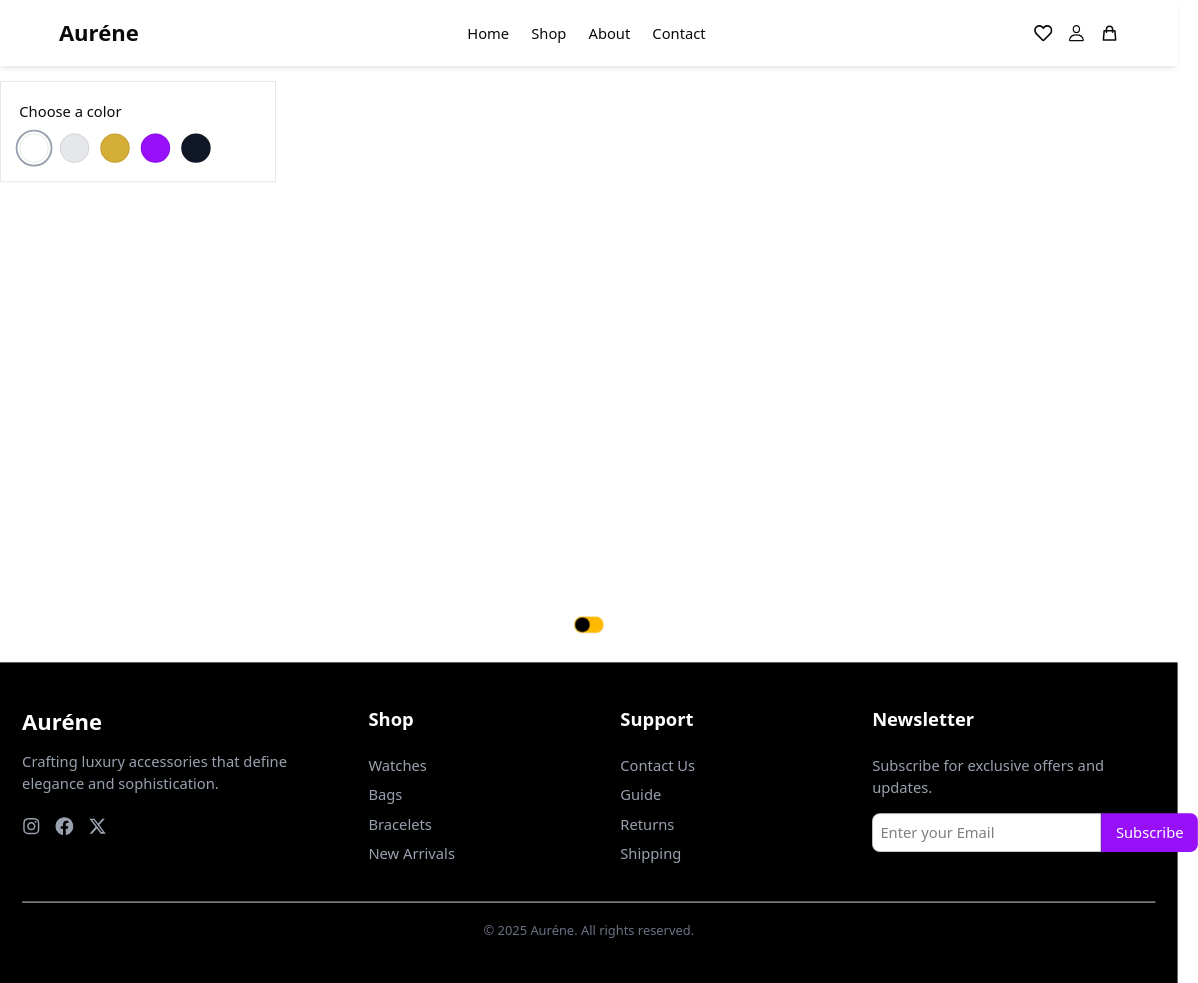
Repository: oehab30/Aur-ne-e-commerce-
Page: /Wishlist
An editor plug-in stored every save of this project. The page is shown before and after a run of saves, followed by the edit.
The browser window is 1280 px wide. The page is 1302 px wide, so the pictures cover 1302 px, including what lies to the right of the window. The pictures show the whole page, at 92% of full size.
The project was rebuilt for these pictures with package versions that can differ from the ones it lists, and the page was loaded fresh each time. Also part of the build but not shown: src/components/home-page/Hero.tsx, src/components/home-page/Hotoffers.tsx, src/components/home-page/Dontmiss.tsx, src/components/home-page/Featuredcollection.tsx, src/components/home-page/BestSellers.tsx, src/components/home-page/Summercollection.tsx, src/pages/Home.tsx, src/components/common/Categories.tsx and 7 more.

Above is the page before, as saved 2025-11-26 18:56:54.

After the next 4 saves:
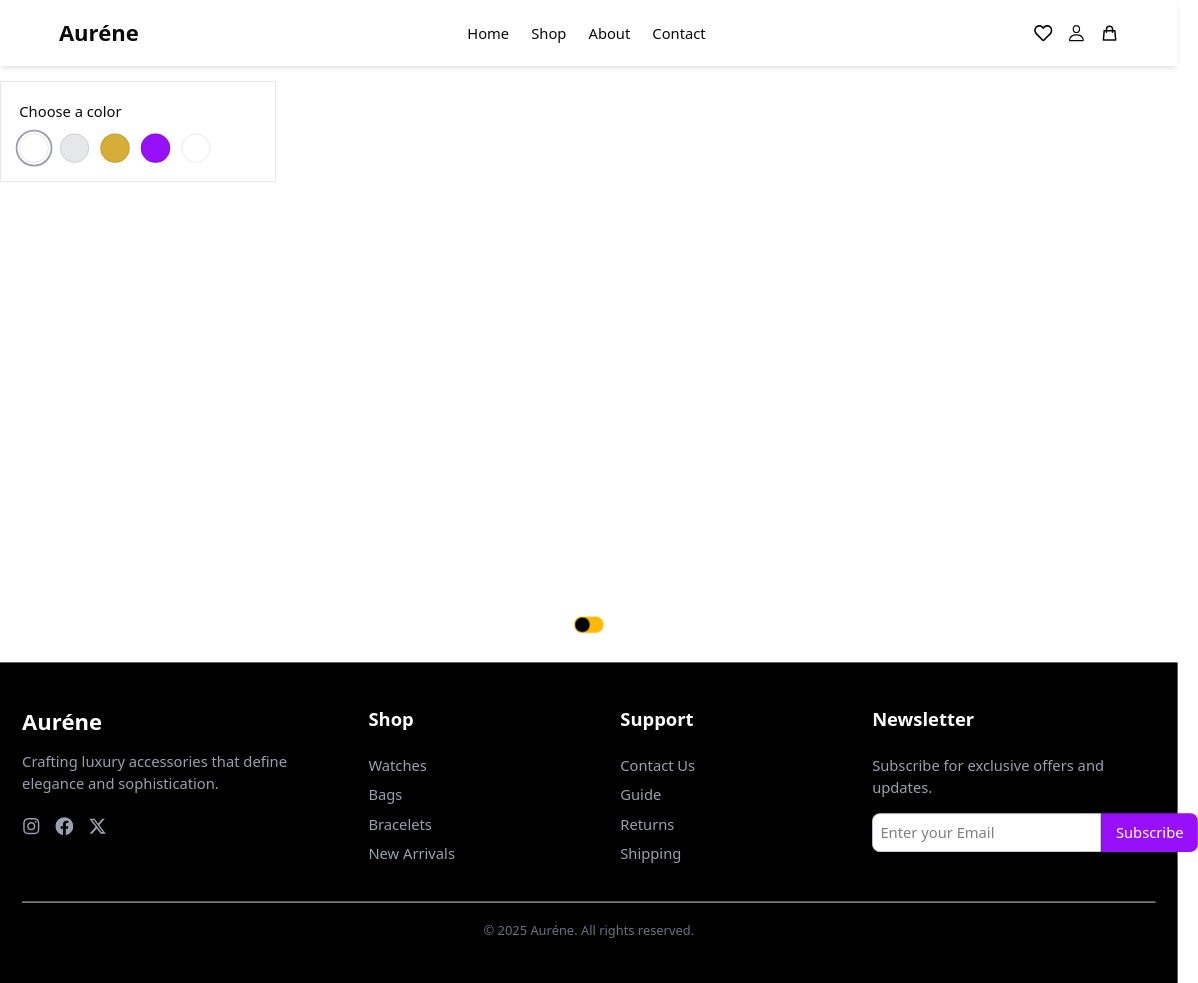
The 4 saves are shown as one change because they came seconds apart.
The last was saved 16 s later.
--- a/src/components/Shop-page/color.tsx
+++ b/src/components/Shop-page/color.tsx
@@ -8,7 +8,7 @@ function Color() {
       { id: 'gray', name: 'Gray', classes: 'bg-gray-200 checked:outline-gray-400' },
       { id: 'black', name: 'Black', classes: 'bg-[var(--main)] checked:outline-gray-900' },
       { id: 'black', name: 'Black', classes: 'bg-purple-600 checked:outline-gray-900' },
-      { id: 'black', name: 'Black', classes: 'bg-gray-900 checked:outline-gray-900' },
+      { id: 'black', name: 'Black', classes: 'bg-blue checked:outline-gray-900' },
     ],
   };
 
